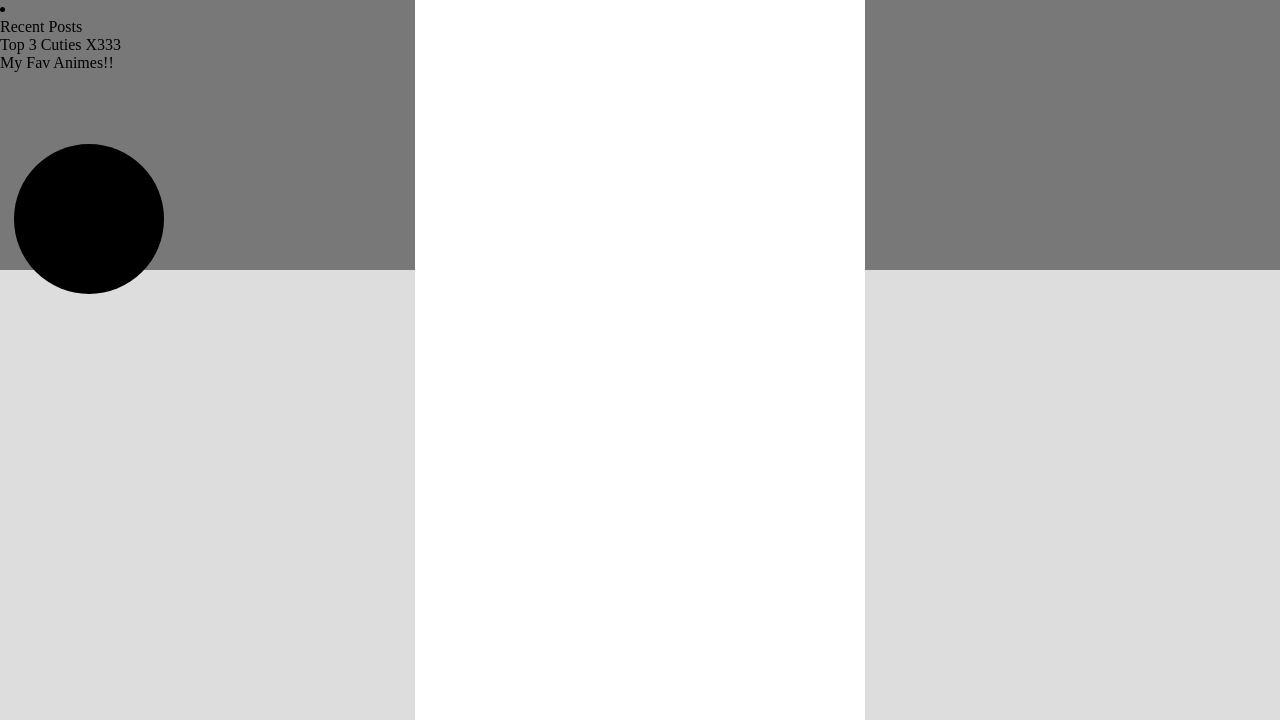
Repository: Jennica1/Frontend-Final
Page: index.html
These files come from the project's save history. The page is drawn as it stood at one moment and after the next save; the edit follows.
The browser window is 1280 px wide. The pictures show the whole page.

Above is the page before, as saved 2024-05-09 21:14:49.

### index.html
<!DOCTYPE html>
<html lang="en">

<head>
  <title>My Blog!!</title>
  <meta charset="UTF-8">
  <meta name="viewport" content="width=device-width, initial-scale=1">
  <link rel="stylesheet" href="style.css">

<body>

  <div class="sidebar-wrapper">
    <!--Side Nav Left-->
    <div class="sidebar-left">
      <img src="images/Ellipse 1.svg" class="profile" width="150px" />
      <img src="images/Rectangle 2.svg" class="background-photo" />
    </div>

      <!-- Header -->
  <header class="header">
    <li class="content-list">
      <p>Recent Posts</p>
      <p>Top 3 Cuties X333</p>
      <p>My Fav Animes!!</p>
    </li>
  </header>

    <!--Side Nav Right-->
    <div class="sidebar-right">
      <img src="images/Rectangle 2.svg" class="background-photo" />
    </div>
  </div>



    <!-- Photo grid -->
    <div class="">
      <div class="w3-third">
        <img src="" style="width:100%" onclick="onClick(this)" alt="">
        <img src="" style="width:100%" onclick="onClick(this)" alt="">
        <img src="" style="width:100%" onclick="onClick(this)" alt="">
      </div>


    <!-- Pagination -->
    <div class="">
      <div class="">
        <a href="#" class="">«</a>
        <a href="#" class="">1</a>
        <a href="#" class="">2</a>
        <a href="#" class="">3</a>
        <a href="#" class="">4</a>
        <a href="#" class="">»</a>
      </div>
    </div>


        <!-- Footer -->
        </footer>

        <div class="w3-black w3-center w3-padding-24">Powered by <a href="https://www.w3schools.com/w3css/default.asp"
            title="W3.CSS" target="_blank" class="w3-hover-opacity">w3.css</a></div>

        <!-- End page content -->
      </div>

</body>

</html>

### style.css
* {
  margin: 0;
  padding: 0;
}

.sidebar-wrapper {
  display: flex;
  width: 100%;
}

.sidebar-left {
  width: 415px;
  height: 1980px;
  background-color: rgb(221, 221, 221);
  z-index: 0;
  position: fixed;
  left: 0;
  top: 0;
}

.profile {
  z-index: 1;
  position: absolute;
  margin-top: 20vh;
  margin-left: 2vh;
}

.background-photo {
  z-index: 0;
  position: absolute;
}

.header {
  position: fixed;
  top: 0;
  display: flex;
}
.sidebar-right {
  width: 415px;
  height: 1980px;
  background-color: rgb(221, 221, 221);
  z-index: 0;
  right: 0;
  position: fixed;
  right: 0;
  top: 0;
}

After the next save:
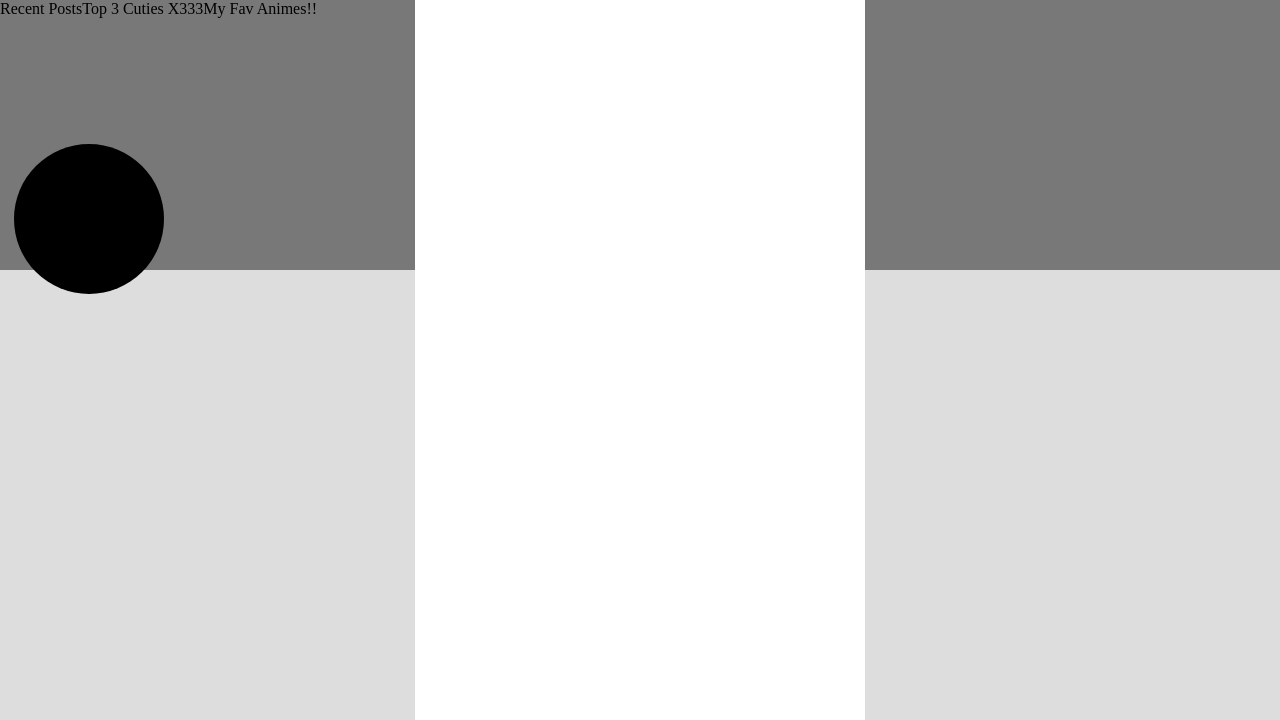
Saved 17 s later.
--- a/style.css
+++ b/style.css
@@ -33,6 +33,9 @@
 .header {
   position: fixed;
   top: 0;
+}
+
+.content-list {
   display: flex;
 }
 .sidebar-right {
